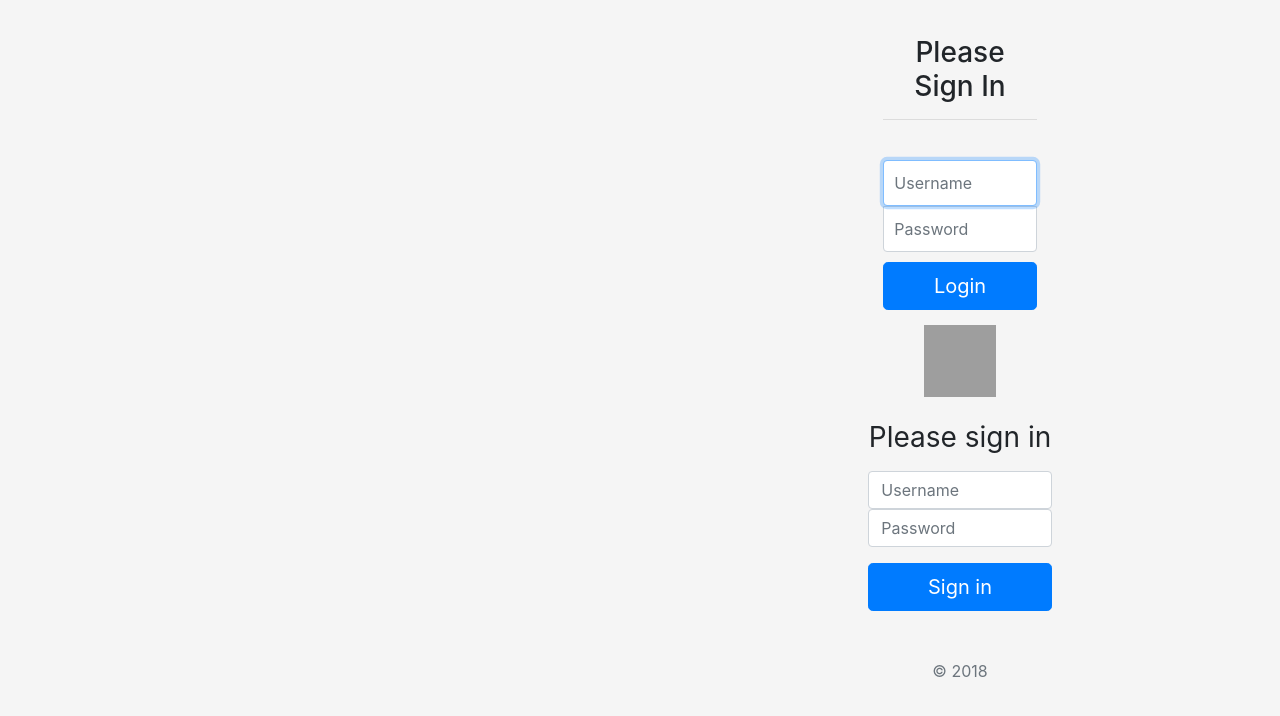
Repository: DonWhelan/Request-Hub
Page: http://localhost/test/test.php
The author's editor kept a record of every edit. The page is drawn from the files as they stood at one moment, then again after the next edit.
The browser window is 1280 px wide. The pictures show the whole page.
Pictures or frames that could not be fetched are drawn as grey boxes. The page is run by PHP 8.4 with error messages shown; the project is at /var/www/html/.

Above is the page before.

After the next edit:
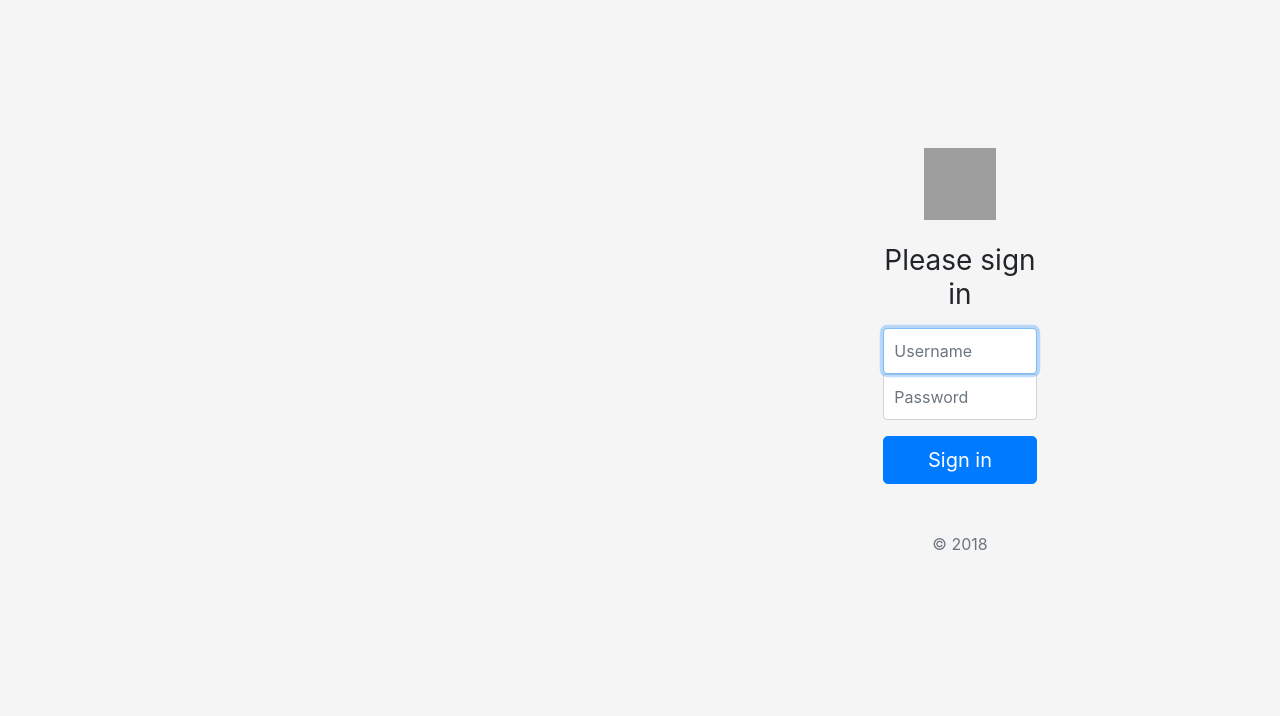
The edit:
--- a/test/test.php
+++ b/test/test.php
@@ -32,15 +32,15 @@
                 <form action="indexLoginVal.php" method="post" name="Login_Form" class="form-signin">
 
 
-                        		<form action="indexLoginVal.php" method="post" name="Login_Form" class="form-signin" >
-		     <h3 class="form-signin-heading">Please Sign In</h3>
-			  <hr class="colorgraph"><br>
+  <!--                      		<form action="indexLoginVal.php" method="post" name="Login_Form" class="form-signin" >       -->
+		<!--     <h3 class="form-signin-heading">Please Sign In</h3>-->
+		<!--	  <hr class="colorgraph"><br>-->
 
-			  <input type="text" class="form-control" name="username" placeholder="Username" required="" autofocus="" />
-			  <input type="password" class="form-control" name="password" placeholder="Password" required=""/>
+		<!--	  <input type="text" class="form-control" name="username" placeholder="Username" required="" autofocus="" />-->
+		<!--	  <input type="password" class="form-control" name="password" placeholder="Password" required=""/>     		  -->
 
-			  <button class="btn btn-lg btn-primary btn-block"  name="Submit" value="Login" type="Submit">Login</button>
-		</form>
+		<!--	  <button class="btn btn-lg btn-primary btn-block"  name="Submit" value="Login" type="Submit">Login</button>  			-->
+		<!--</form>-->
 
 
                     <img class="mb-4" src="https://getbootstrap.com/assets/brand/bootstrap-solid.svg" alt="" width="72" height="72">
